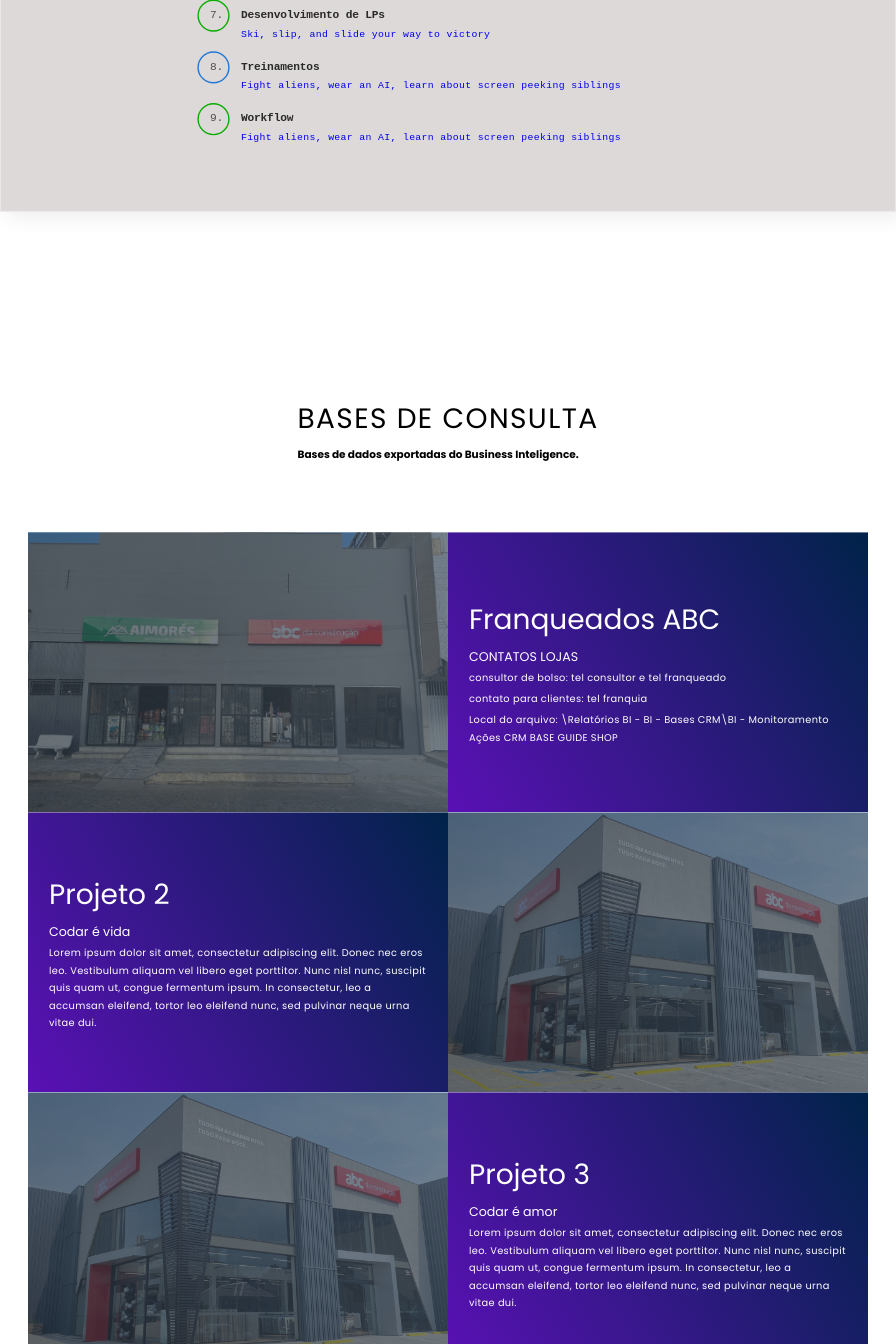
Repository: douglasabnovato/apresentacao
Page: index.html
These files come from the project's save history. The page is drawn as it stood at one moment and after the next save; the edit follows.
The browser window is 1280 px wide. The pictures show the part of the page from y = 1455 to 3375 px (the page is 13502 px tall), at 70% of full size.

Above is the page before, as saved 2025-01-14 16:20:35.

After the next save:
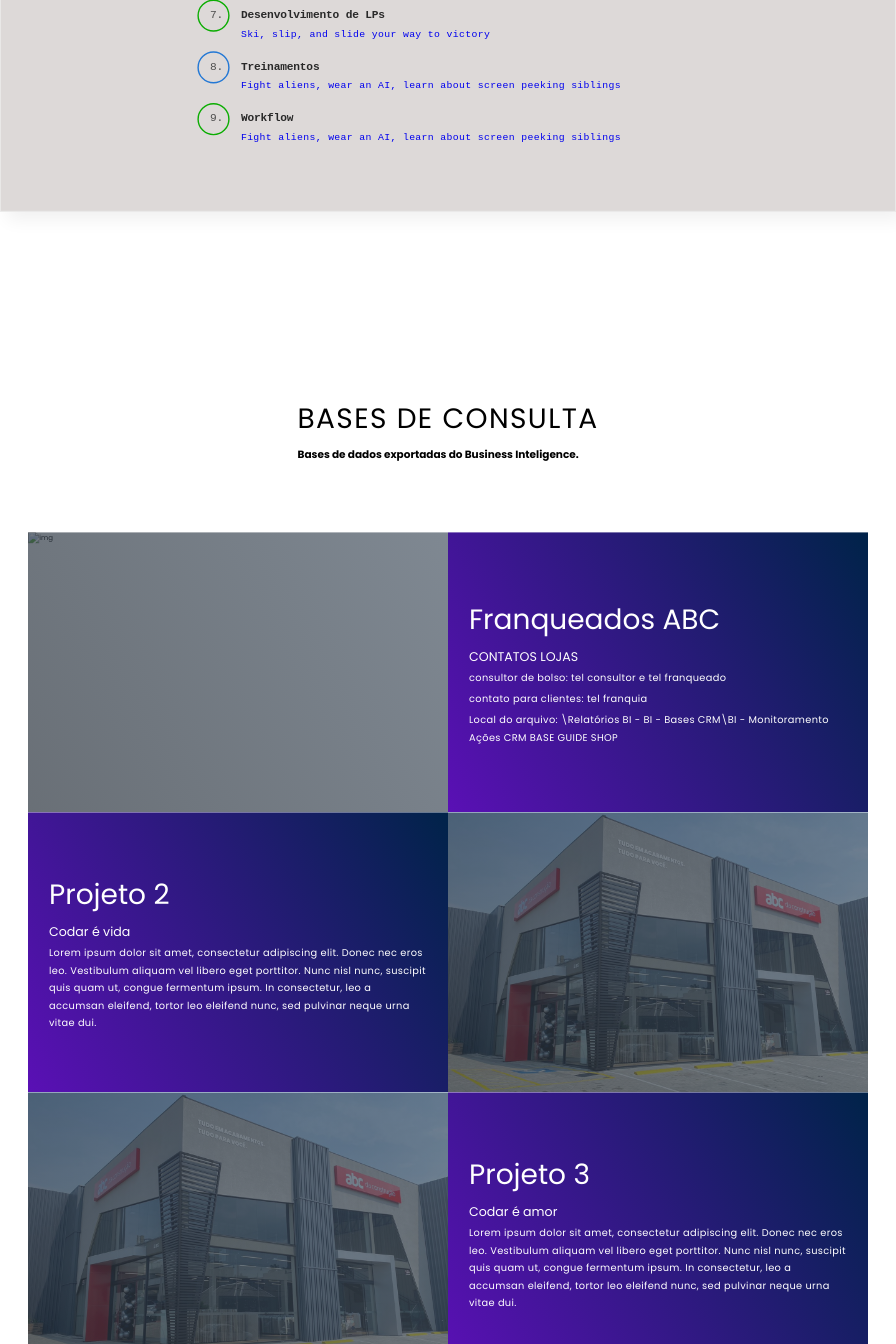
Not found: assets/4-MG-Aimores.jpg
Saved 33 s later.
--- a/index.html
+++ b/index.html
@@ -92,7 +92,7 @@
               </p>
             </div>
             <div class="project-img">
-              <img src="./assets/4-MG-Aimores.jpeg" alt="img" />
+              <img src="./assets/4-MG-Aimores.jpg" alt="img" />
             </div>
           </div>
           <div class="project-item">

After the save that followed:
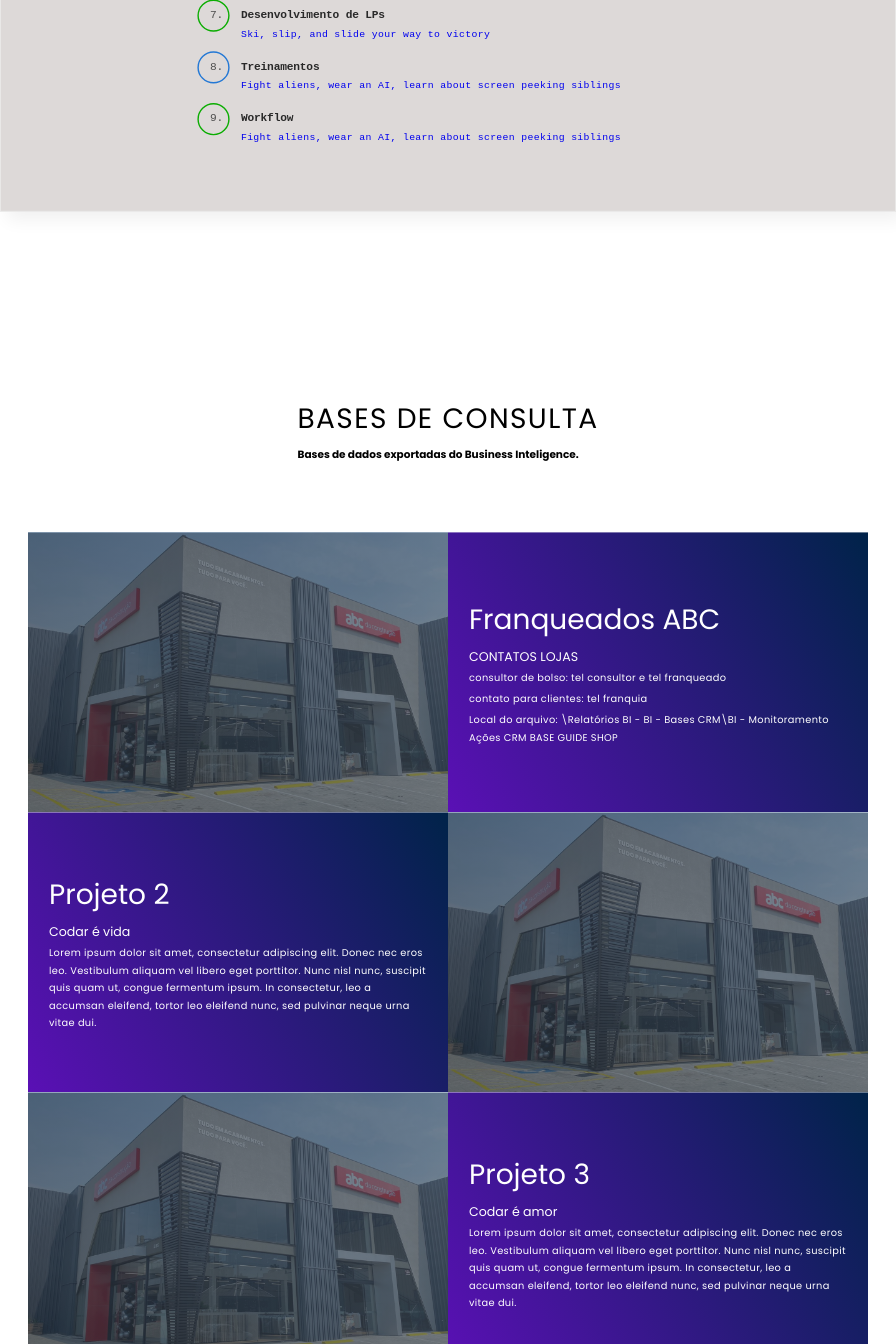
Saved 6 s later.
--- a/index.html
+++ b/index.html
@@ -92,7 +92,7 @@
               </p>
             </div>
             <div class="project-img">
-              <img src="./assets/4-MG-Aimores.jpg" alt="img" />
+              <img src="./assets/1-multi-PR-Guarapuava.jpg" alt="img" />
             </div>
           </div>
           <div class="project-item">
